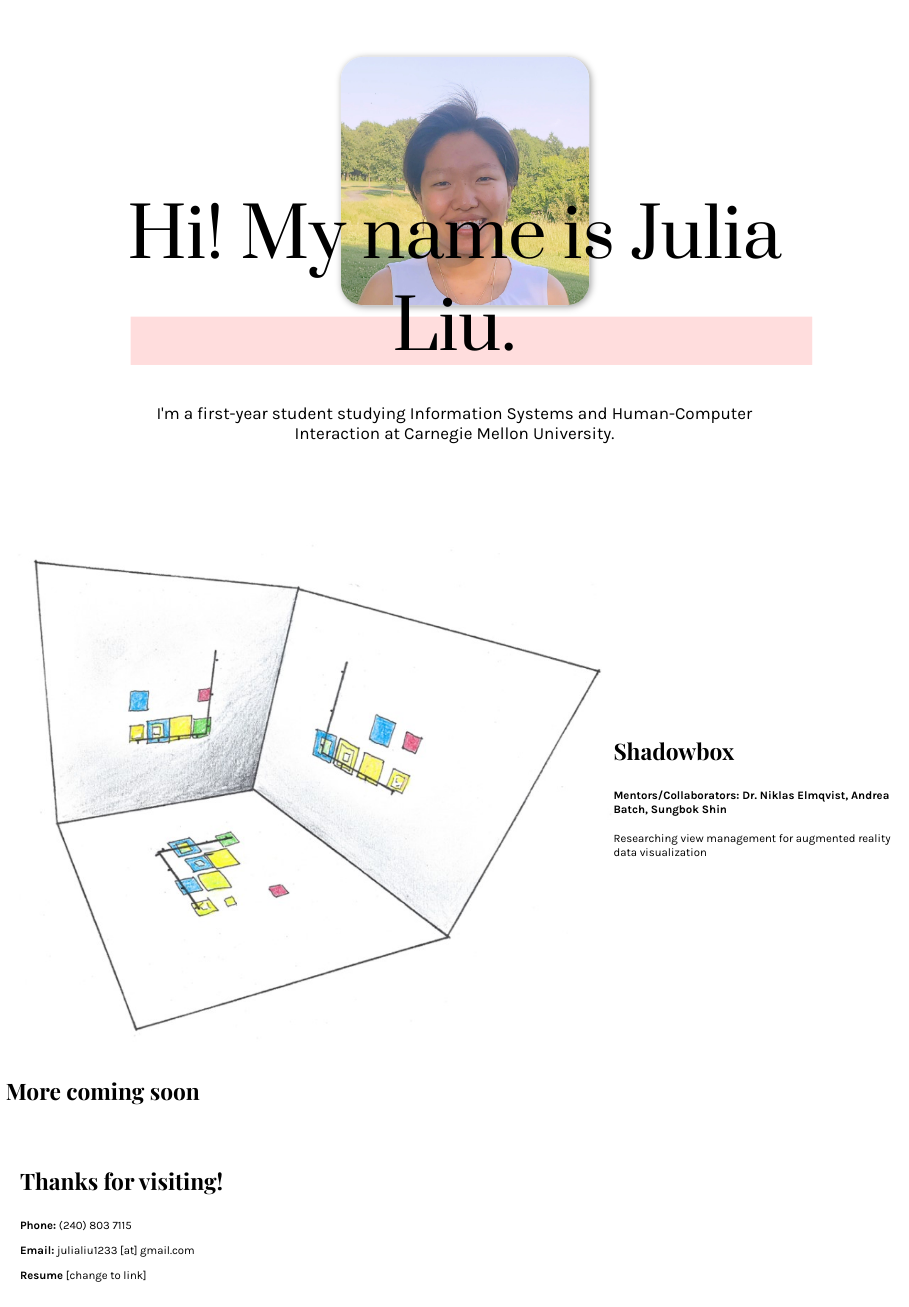
Repository: liu-julia/liu-julia.github.io
Page: index.html
An editor plug-in stored every save of this project. The page is shown before and after the next save, followed by the edit.
The browser window is 1280 px wide. The pictures show the whole page, at 71% of full size.

Above is the page before, as saved 2022-04-27 10:30:57.

After the next save:
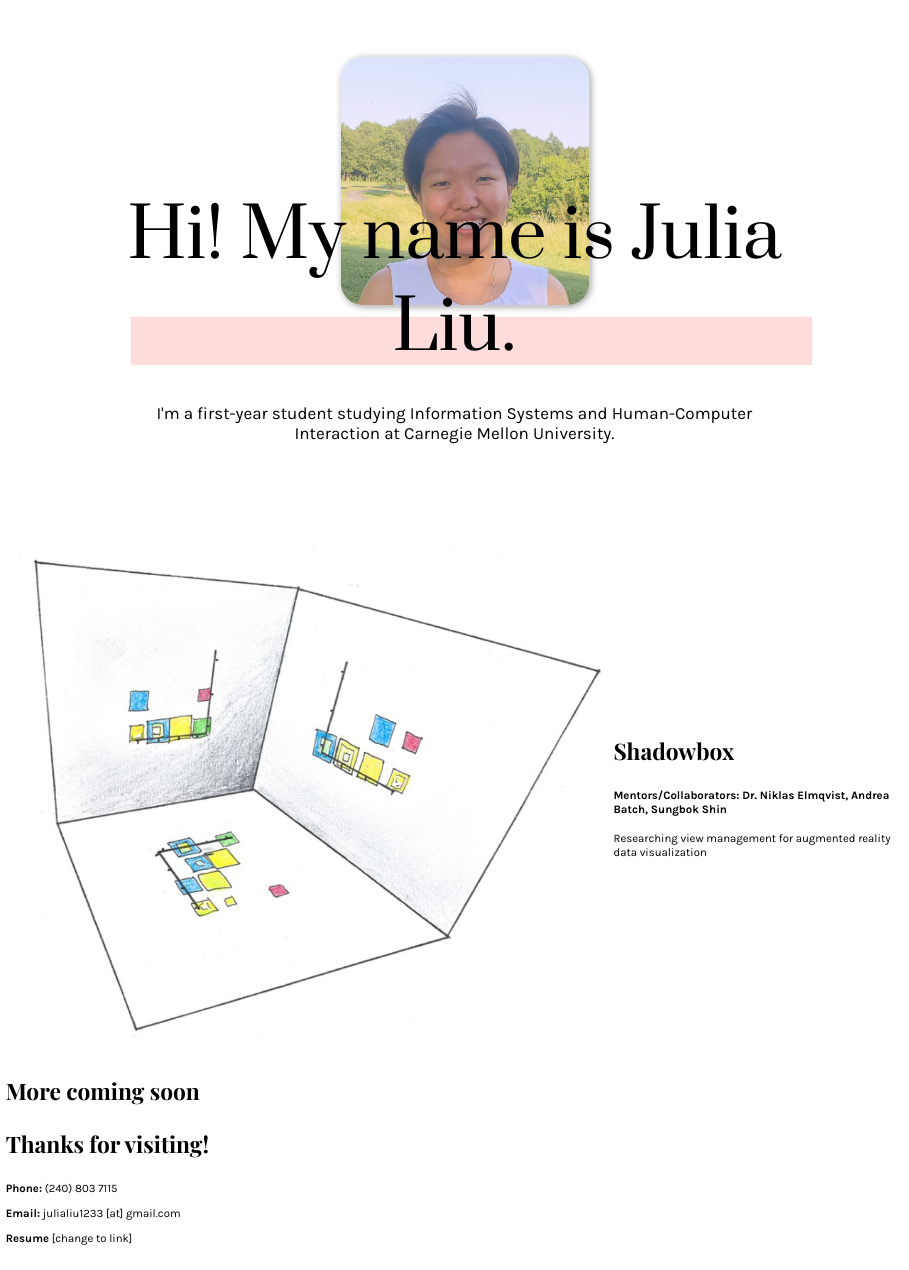
Saved 8 s later.
--- a/css/styles.css
+++ b/css/styles.css
@@ -134,5 +134,5 @@ a {
     box-shadow: 2px 2px 10px #00000066;
 }
 #foot {
-    padding: 20px;
+    padding-bottom: 20px;
 }
